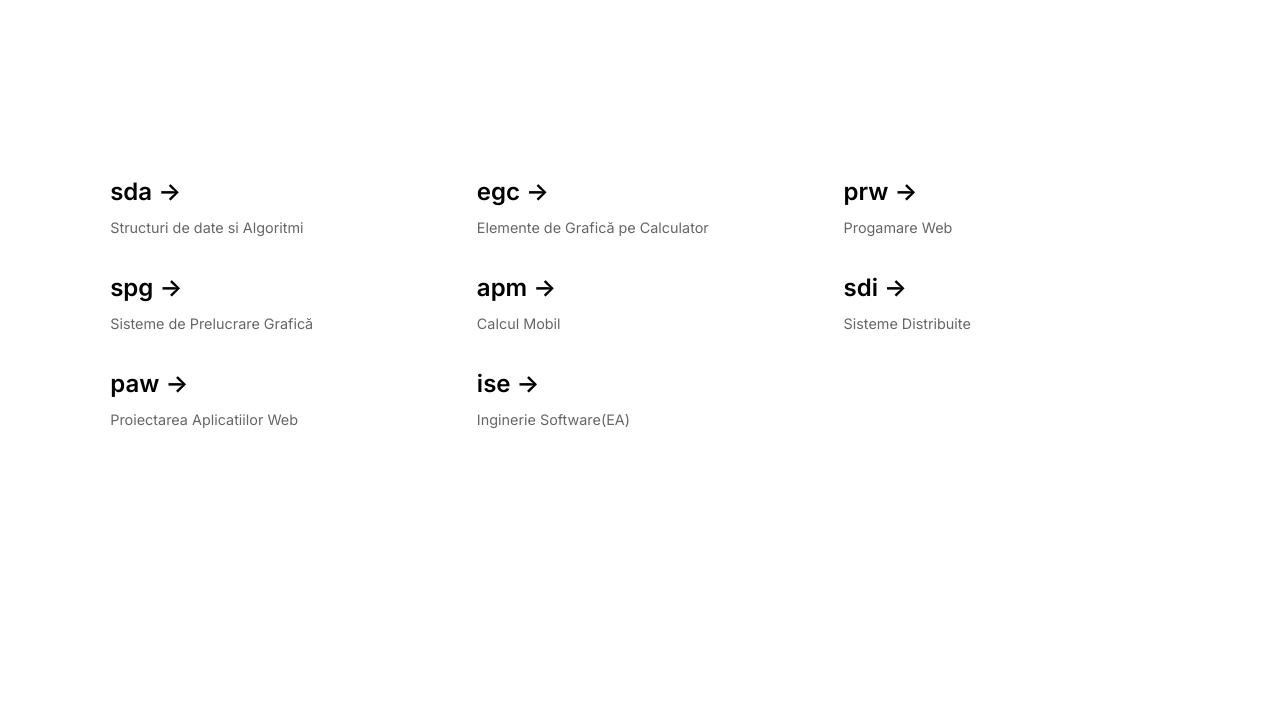
Repository: balintcristian/practica
Page: /
The author's editor kept a copy of each file at every save. The page is drawn from the files as they stood at one save, then again after the next save.
The browser window is 1280 px wide. The pictures show the whole page.
The page's requests for data from a server got no answer. The project was rebuilt for these pictures with package versions that can differ from the ones it lists, and the page was loaded fresh each time. Some packages were replaced by stand-ins written for this rebuild. The framework's server and built-in components were replaced by stand-ins that run in the browser. No one was signed in, and anything a server would have sent is missing. Also part of the build but not shown: next.config.js, src/app/new.module.css.

Above is the page before, as saved 2023-08-30 17:58:27.

### src/app/layout.tsx
import {
  ClerkProvider,
  SignedIn,
  UserButton
} from "@clerk/nextjs";

function Header() {
  return (
    <header
      style={{ display: "flex", justifyContent: "center" }}
    >
      <SignedIn>
        {/* Mount the UserButton component */}
        <UserButton />
      </SignedIn>
    </header>
  );
}
/*
const getHeader =()=>{
  if ([`/sign-in`,`/sign-out`].includes(router.pathname))
return ;

return (<Header/>)}*/

import "./globals.css";
import { Inter } from "next/font/google";

const inter = Inter({ subsets: ["latin"] });

export const metadata = {
  title: "Dashboard",
  description: "Generated by create next app",
};

export default function RootLayout({ children }) {
  return (<ClerkProvider>
    <html lang="en">
        <body className={inter.className}>      <Header/>
{children}</body>
    </html></ClerkProvider>
  );
}

### src/app/page.js
"use client";
import styles from "./page.module.css";
import customStyles from "./new.module.css";
import jsonData from "../pages/_meta.json"; // Assuming you have a separate JSON file with your data

export default function MyApp() {
  const data = jsonData;

  // Accessing each child object without creating a local constant

  return (
    <main className={styles.main}>
      <div className={customStyles.description}>
        <p>&nbsp;</p>
      </div>
      <div className={styles.center}>
        <div className={styles.grid}>
          {Object.keys(data).map((key) => (
            <a
              key={key}
              href={data[key].href}
              className={styles.card}
              rel="noopener noreferrer"
            >
              <h2>
                {key} <span>-&gt;</span>
              </h2>
              <p>{data[key].title}</p>
            </a>
          ))}
        </div>
      </div>
    </main>
  );
}

### src/app/page.module.css
.main {
  display: flex;
  flex-direction: column;
  justify-content: space-between;
  align-items: center;
  padding: 6rem;
  min-height: 100vh;
}

.description {
  display: inherit;
  justify-content: inherit;
  align-items: inherit;
  font-size: 0.85rem;
  max-width: var(--max-width);
  width: 100%;
  z-index: 2;
  font-family: var(--font-mono);
}

.description a {
  display: flex;
  justify-content: center;
  align-items: center;
  gap: 0.5rem;
}

.code {
  font-weight: 700;
  font-family: var(--font-mono);
}

.grid {
  display: grid;
  grid-template-columns: repeat(3, minmax(25%, auto));
  width: var(--max-width);
  max-width: 100%;
}

.card {
  padding: 1rem 1.2rem;
  border-radius: var(--border-radius);
  background: rgba(var(--card-rgb), 0);
  border: 1px solid rgba(var(--card-border-rgb), 0);
  transition: background 200ms, border 200ms;
}

.card span {
  display: inline-block;
  transition: transform 200ms;
}

  .card:hover {
    background: rgba(var(--card-rgb), 0.1);
    border: 1px solid rgba(var(--card-border-rgb), 0.15);
  }

  .card:hover span {
    transform: translateX(4px);
  }
.card h2 {
  font-weight: 600;
  margin-bottom: 0.7rem;
}

.card p {
  margin: 0;
  opacity: 0.6;
  font-size: 0.9rem;
  line-height: 1.5;
  max-width: 30ch;
}

.center {
  display: flex;
  justify-content: center;
  align-items: center;
  position: absolute;
  padding: 4rem;
}

.logo {
  position: relative;
}

/* Tablet and Smaller Desktop */
@media (min-width: 701px) and (max-width: 1120px) {
  .grid {
    grid-template-columns: repeat(2, 50%);
  }
}

### src/pages/_meta.json
{
  "sda": {
    "title": "Structuri de date si Algoritmi",
    "type": "page",
    "href": "/sda/capitole",
    "display": "hidden"
  },
  "egc": {
    "title": "Elemente de Grafică pe Calculator",
    "type": "page",
    "href": "/egc/capitole",
    "display": "hidden"  },
  "prw": {
    "title": "Progamare Web",
    "type": "page",
    "href": "/prw/capitole",
    "display": "hidden"
  },
  "spg": {
    "title": "Sisteme de Prelucrare Grafică",
    "type": "page",
    "href": "/spg/capitole",
    "display": "hidden"
  },
  "apm": {
    "title": "Calcul Mobil",
    "type": "page",
    "href": "/apm/capitole",
    "display": "hidden"
  },
  "sdi": {
    "title": "Sisteme Distribuite",
    "type": "page",
    "href": "/sdi/capitole",
    "display": "hidden"
  },
  "paw": {
    "title": "Proiectarea Aplicatiilor Web",
    "type": "page",
    "href": "/paw/capitole",
    "display": "hidden"
  },
  "ise": {
    "title": "Inginerie Software(EA)",
    "type": "page",
    "href": "/ise/capitole",
    "display": "hidden"
  }
}

Loaded but not shown: src/app/globals.css (common file)

After the next save:
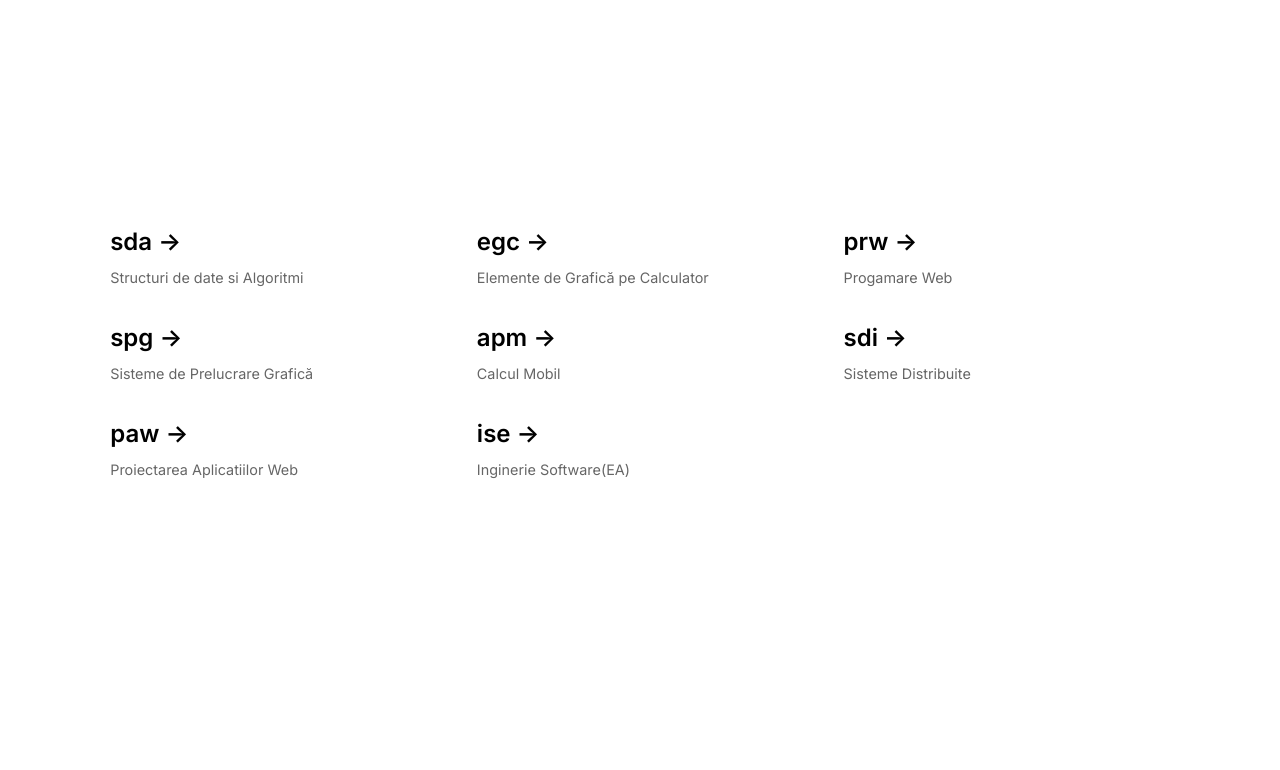
Saved 12 s later.
--- a/src/app/layout.tsx
+++ b/src/app/layout.tsx
@@ -7,7 +7,7 @@
 function Header() {
   return (
     <header
-      style={{ display: "flex", justifyContent: "center" }}
+      style={{ display: "flex",paddingTop:50, justifyContent: "center" }}
     >
       <SignedIn>
         {/* Mount the UserButton component */}

After the save that followed:
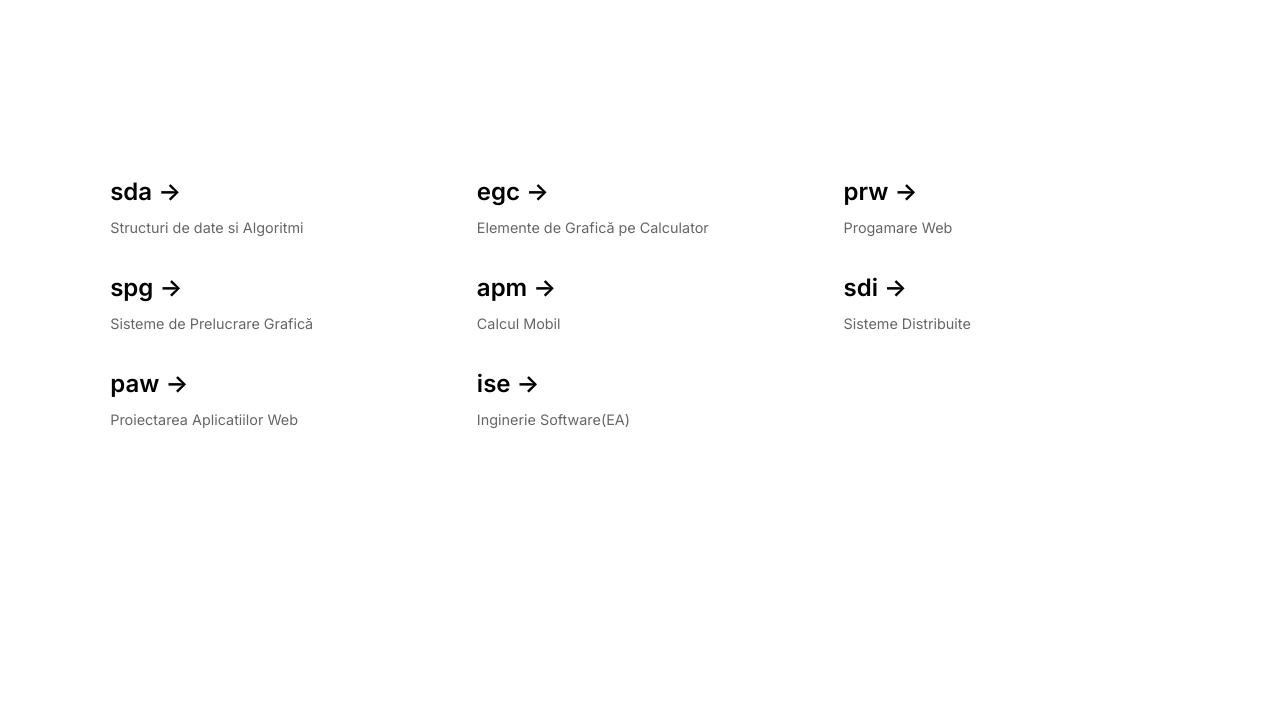
Saved 6 s later.
--- a/src/app/layout.tsx
+++ b/src/app/layout.tsx
@@ -7,7 +7,7 @@
 function Header() {
   return (
     <header
-      style={{ display: "flex",paddingTop:50, justifyContent: "center" }}
+      style={{ display: "flex", justifyContent: "center" }}
     >
       <SignedIn>
         {/* Mount the UserButton component */}
